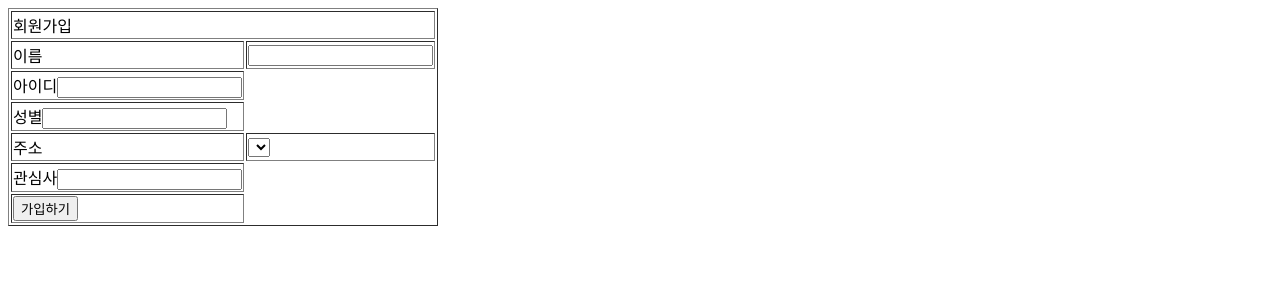
Repository: AiharaAkira/jsp
Page: WebWorkSpace/02_InputOutput/src/main/webapp/reg.html
The author's editor kept a copy of each file at every save. The page is drawn from the files as they stood at one save, then again after the next save.
The browser window is 1280 px wide. The pictures show the whole page.

Above is the page before, as saved 2021-11-08 02:47:05.

### WebWorkSpace/02_InputOutput/src/main/webapp/reg.html
<!DOCTYPE html>
<html>
<head>
<meta charset="UTF-8">
<title>Insert title here</title>
</head>
<body>
	<form action="reg" method="post">
		<table border="1">
			<tr>
				<td colspan="2">회원가입</td>
			</tr>
			<tr>
				<td>이름</td><td><input></td>
			</tr>
			<tr>
				<td>아이디<input></td>
			</tr>
			<tr>
				<td>성별<input></td>
			</tr>
			<tr>
				<td>주소</td>
				<td><select>
				<option value="서울">
				<option value="경기">
				<option value="부산">
				</select></td>
			</tr>
			<tr>
				<td>관심사<input></td>
			</tr>
			<tr>
				<td><button>가입하기</button></td>
			</tr>

		</table>
	</form>
</body>
</html>

After the next save:
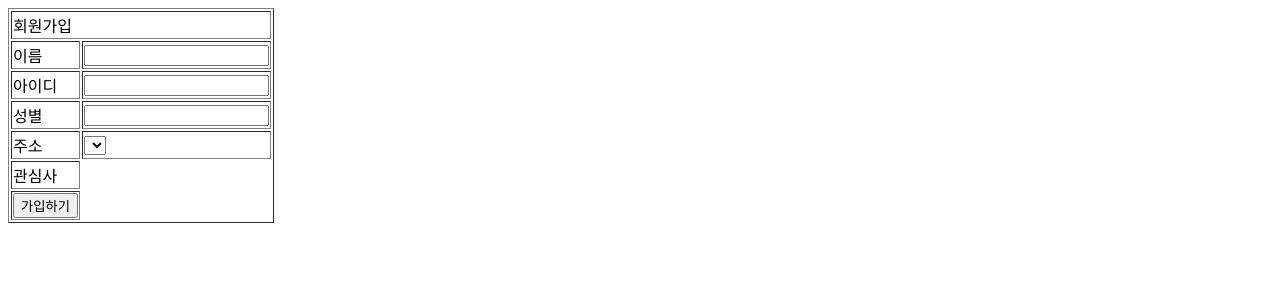
Saved 50 s later.
--- a/WebWorkSpace/02_InputOutput/src/main/webapp/reg.html
+++ b/WebWorkSpace/02_InputOutput/src/main/webapp/reg.html
@@ -14,10 +14,10 @@
 				<td>이름</td><td><input></td>
 			</tr>
 			<tr>
-				<td>아이디<input></td>
+				<td>아이디</td><td><input></td>
 			</tr>
 			<tr>
-				<td>성별<input></td>
+				<td>성별</td><td><input></td>
 			</tr>
 			<tr>
 				<td>주소</td>
@@ -28,7 +28,7 @@
 				</select></td>
 			</tr>
 			<tr>
-				<td>관심사<input></td>
+				<td>관심사</td>
 			</tr>
 			<tr>
 				<td><button>가입하기</button></td>
